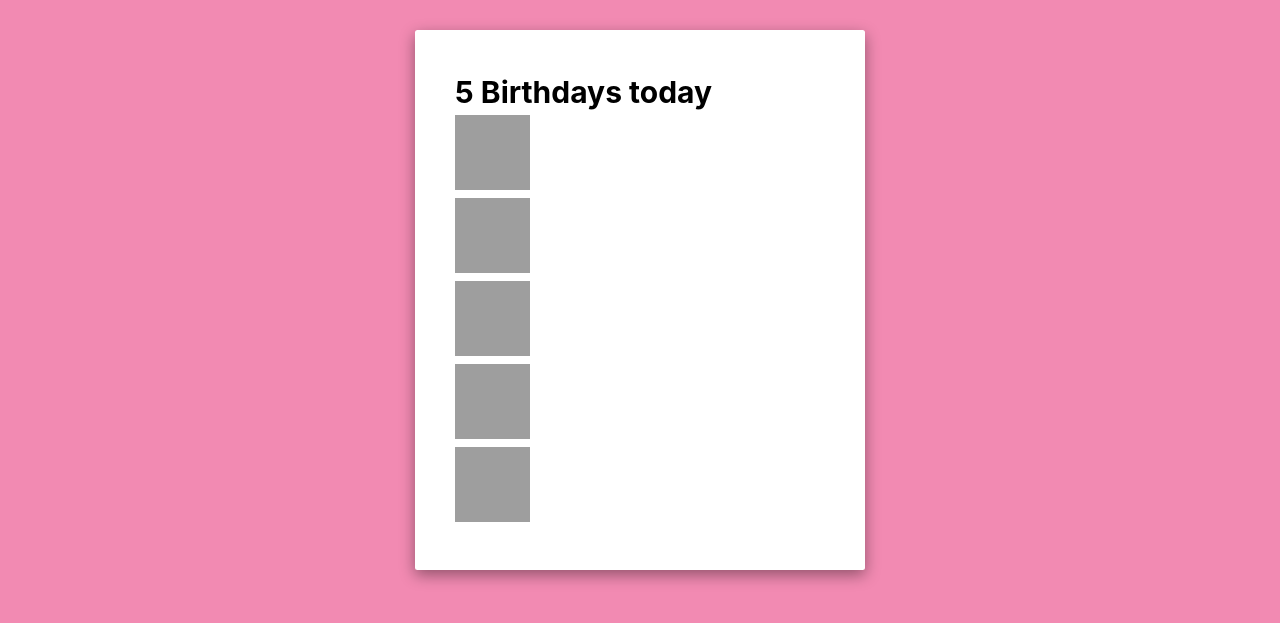
Repository: thaiduy1704/ReactTypeScript-Basic
Page: / (app in 01-birthday-reminder/)
These files come from the project's save history. The page is drawn as it stood at one moment and after a run of saves; the edit follows.
The browser window is 1280 px wide. The pictures show the whole page.
Pictures or frames that could not be fetched are drawn as grey boxes. The project was rebuilt for these pictures with package versions that can differ from the ones it lists, and the page was loaded fresh each time.

Above is the page before, as saved 2022-08-05 16:20:33.

After the next 3 saves:
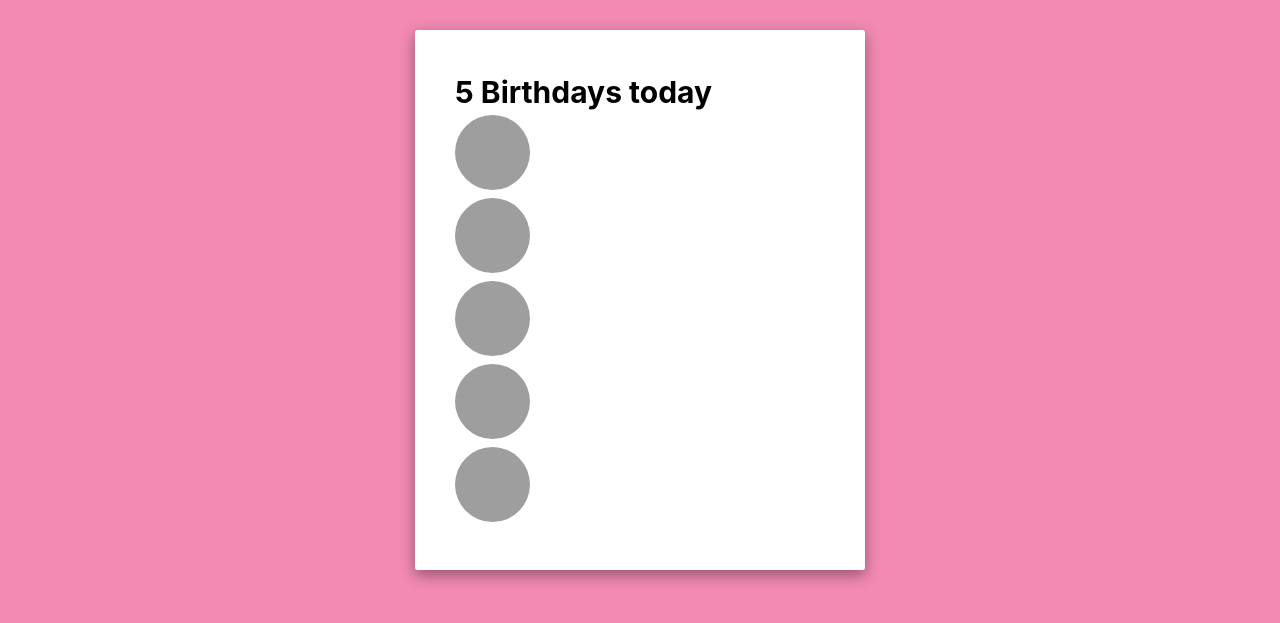
The 3 saves are shown as one change because they came seconds apart.
The last was saved 14 s later.
--- a/01-birthday-reminder/src/components/Person.tsx
+++ b/01-birthday-reminder/src/components/Person.tsx
@@ -18,11 +18,10 @@ const Person: React.FC<PersonType> = ({ id, name, age, image }) => {
 const Wrapper = styled.article`
   img {
     width: 7.5rem;
-    height:7.5rem;
+    height: 7.5rem;
     object-fit: cover;
-    margin-right:1rem,
-    border-ra
-
+    margin-right: 1rem;
+    border-radius: 50%;
   }
 `;
 export default Person;
